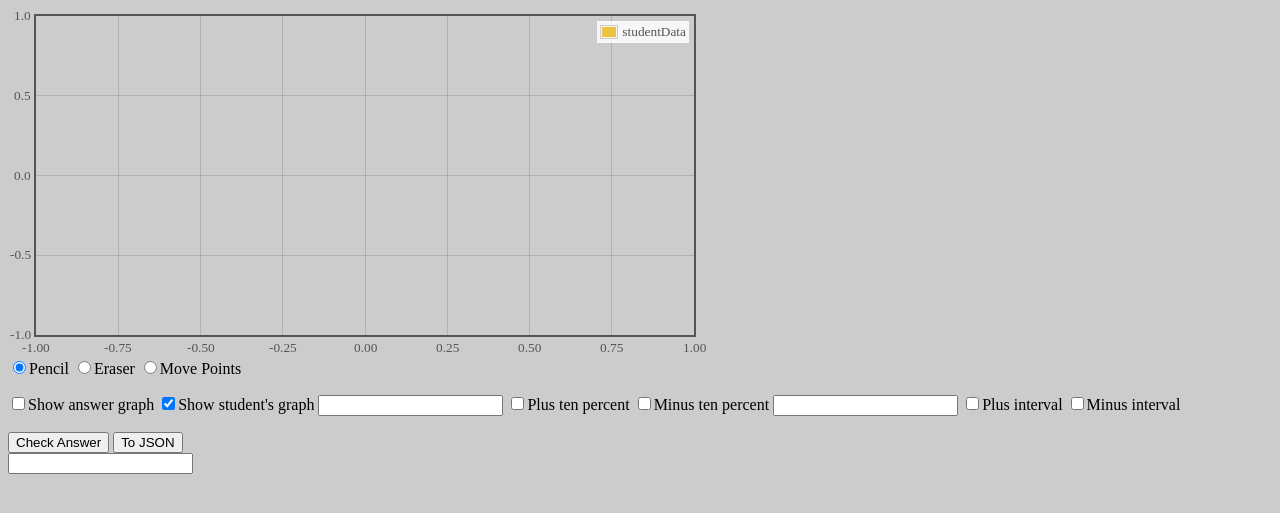
Repository: danmartelly/601autogradeGraphs
Page: flotSketching/test.html
These files come from the project's save history. The page is drawn as it stood at one moment and after the next save; the edit follows.
The browser window is 1280 px wide. The pictures show the whole page.

Above is the page before, as saved 2014-01-28 18:39:37.

After the next save:
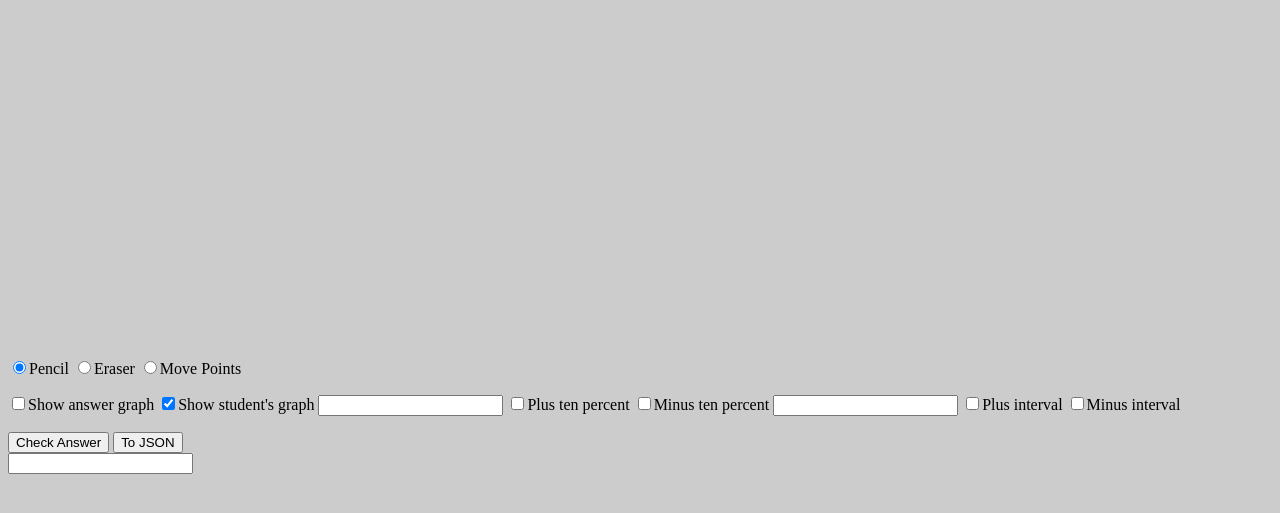
Console error: SyntaxError: Unexpected token ':'
Saved 22 s later.
--- a/flotSketching/test.js
+++ b/flotSketching/test.js
@@ -12,6 +12,8 @@
 		label: "plotData"
 		, data: []
 	};
+	function genericSin(x, amp, freq, xShift, offset):
+		return amp*np.sin(2*np.pi*freq*(x - xShift)) + offset
 	for (var i = 0; i < 14; i += 0.5) {
 		plotData.data.push([i, Math.sin(i)]);
 	}

After the 4 saves that followed:
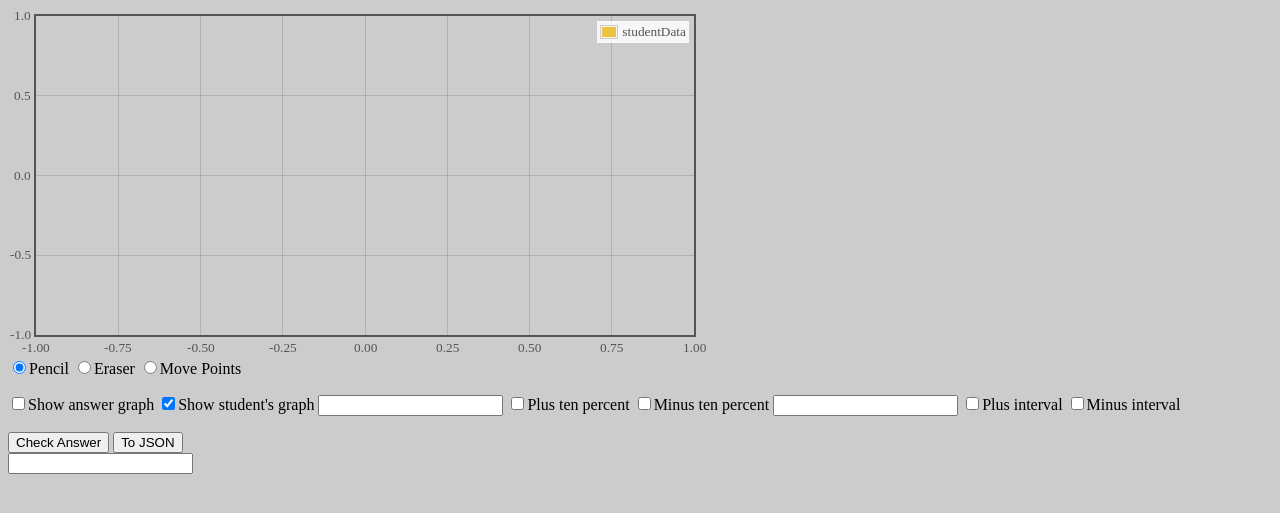
The error is gone.
The 4 saves are shown as one change because 2 left the picture as it was and some came seconds apart.
The last was saved 34 s later.
--- a/flotSketching/test.js
+++ b/flotSketching/test.js
@@ -12,8 +12,9 @@
 		label: "plotData"
 		, data: []
 	};
-	function genericSin(x, amp, freq, xShift, offset):
-		return amp*np.sin(2*np.pi*freq*(x - xShift)) + offset
+	function genericSin(x, amp, freq, xShift, offset) {
+		return amp*Math.sin(2*Math.PI*freq*(x - xShift)) + offset
+	}
 	for (var i = 0; i < 14; i += 0.5) {
 		plotData.data.push([i, Math.sin(i)]);
 	}
